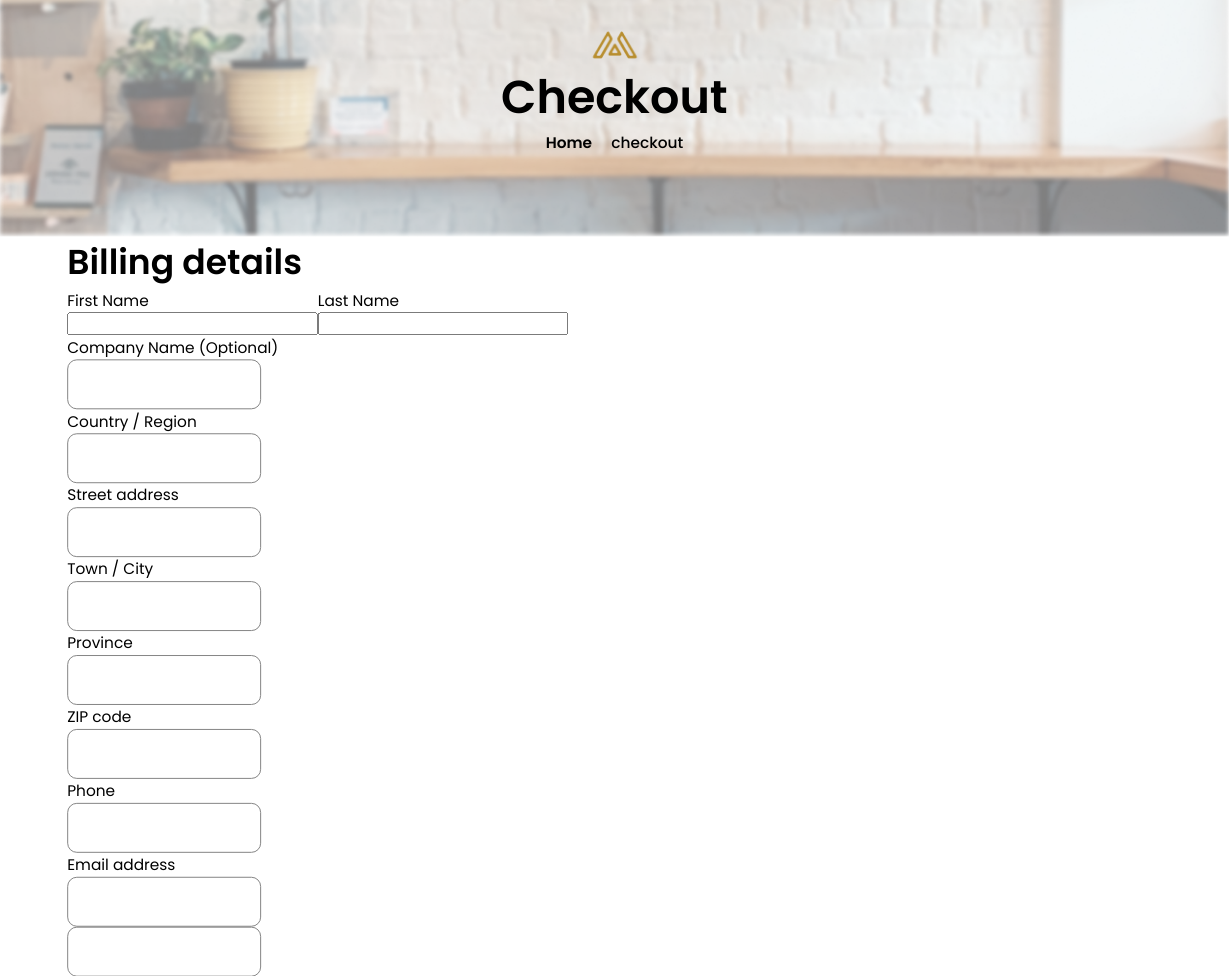
Repository: DT2301/project
Page: checkout.html
The author's editor kept a copy of each file at every save. The page is drawn from the files as they stood at one save, then again after the next save.
The browser window is 1280 px wide. The pictures show the part of the page from y = 142 to 1162 px (the page is 1159 px tall before and 1162 px after), at 96% of full size.
A picture or video elsewhere on the page could not be fetched, so the positions and the page height are approximate.

Above is the page before, as saved 2024-01-08 09:39:34.

After the next save:
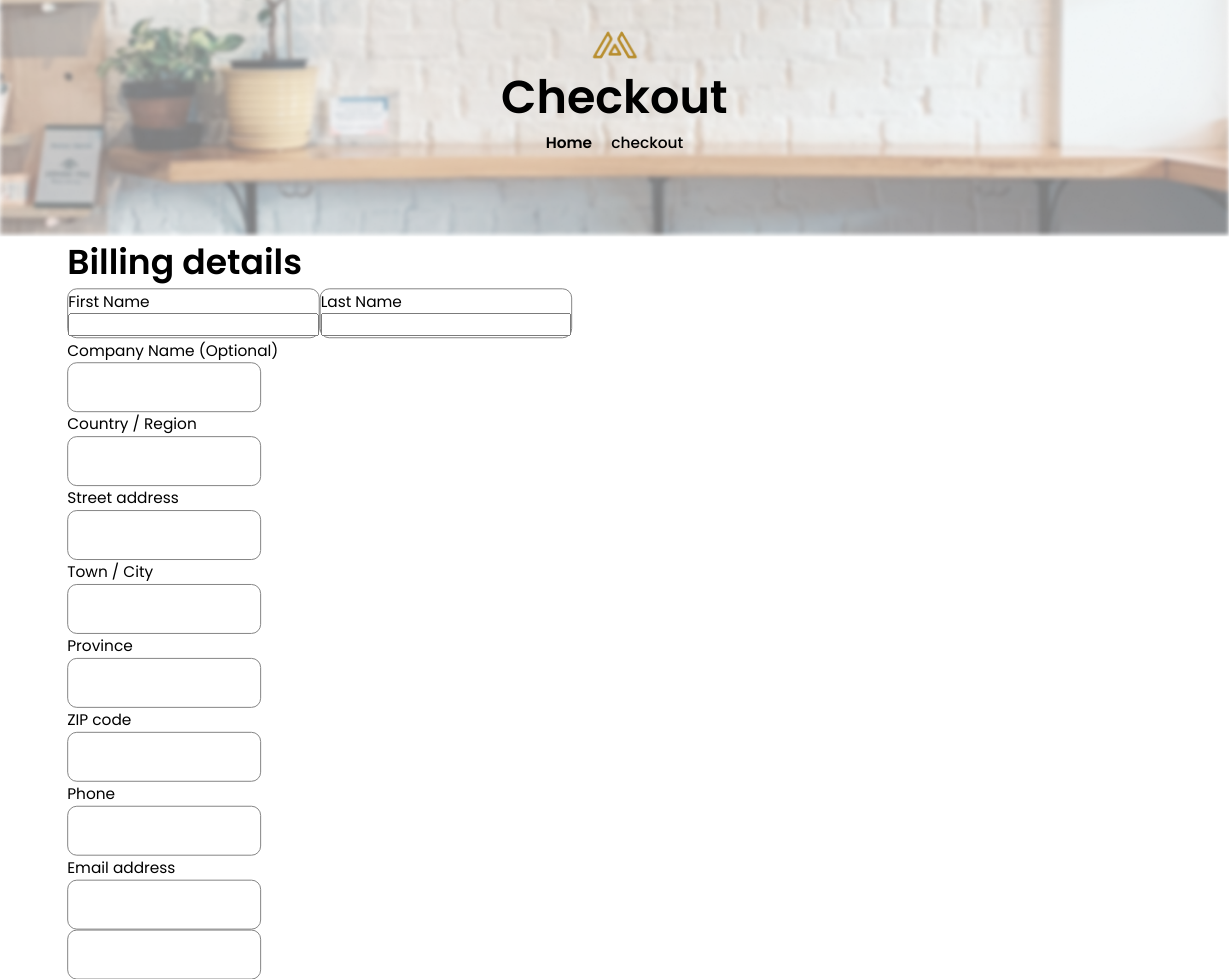
Saved 7 s later.
--- a/checkout.css
+++ b/checkout.css
@@ -94,11 +94,11 @@ ul {
   font-weight: 500;
 }
 
-.billingdetail{
-    display: flex;
-    flex-direction: column;
-    width: 610px;
-    margin-left: 70px;
+.billingdetail {
+  display: flex;
+  flex-direction: column;
+  width: 610px;
+  margin-left: 70px;
 }
 
 .billingdetail h2 {
@@ -116,25 +116,27 @@ ul {
   color: #000000;
 }
 
-.billingdetail .input_name{
-    display: flex;
-    flex-direction: row;
+.billingdetail .input_name {
+  display: flex;
+  flex-direction: row;
 }
 
 .billingdetail .input_name div {
-    display: flex;
-    flex-direction: column;
+  display: flex;
+  flex-direction: column;
 }
 
-.billingdetail .input_name > div{
-
+.billingdetail .input_name > div {
+  height: 50px;
+  border-radius: 10px;
+  border: 1px solid grey;
 }
 
-.billingdetail .input:not(:first-child) > input{
-    width: 200px;
-    height: 50px;
-    border-radius: 10px;
-    border: 1px solid grey;
-    display: flex;
-    flex-direction: column;
+.billingdetail .input:not(:first-child) > input {
+  width: 200px;
+  height: 50px;
+  border-radius: 10px;
+  border: 1px solid grey;
+  display: flex;
+  flex-direction: column;
 }
